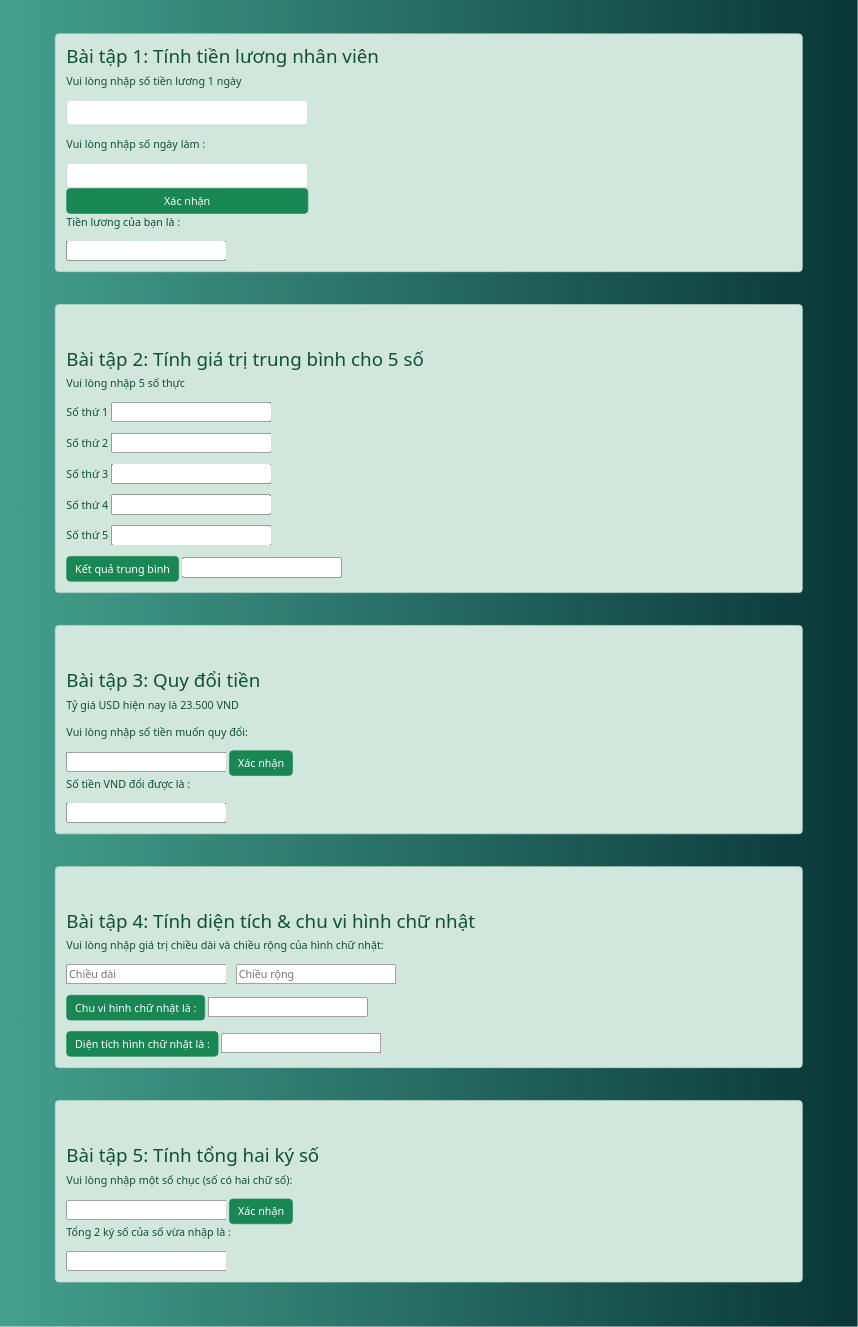
Repository: hcozyph/TranHuuPhuoc_BC43_BT_JS_Buoi2
Page: index.html
An editor plug-in stored every save of this project. The page is shown before and after the next save, followed by the edit.
The browser window is 1280 px wide. The pictures show the whole page, at 67% of full size.

Above is the page before, as saved 2023-02-03 20:40:36.

After the next save:
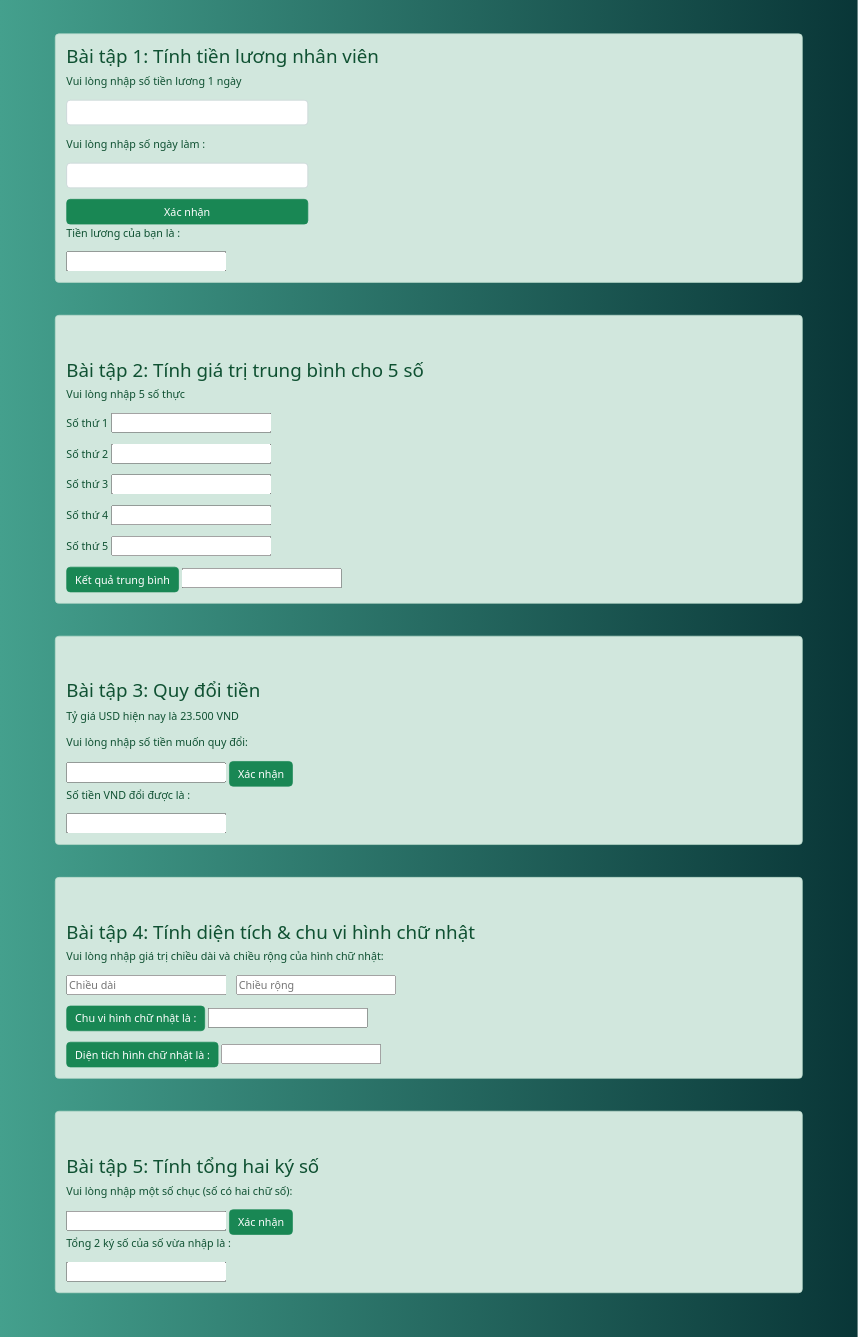
Saved 8 s later.
--- a/index.html
+++ b/index.html
@@ -69,7 +69,7 @@
                     </div>
 
                     <button
-                        class="btn btn-success col-4"
+                        class="btn btn-success col-4 mt-3"
                         id="btnXacNhan"
                         onclick="inputSoNgayLam()"
                     >
